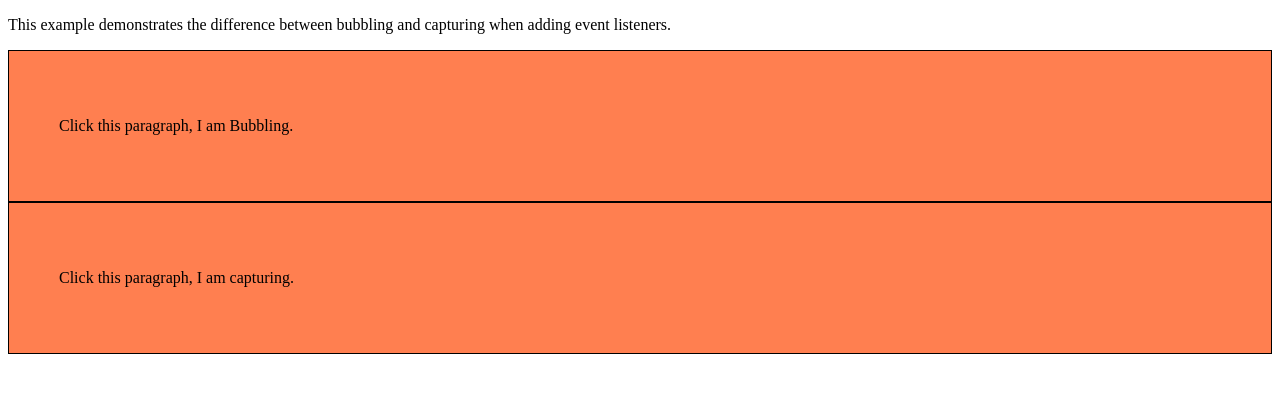
Repository: neem693/workspace
Page: studyhtml5/WebContent/ch05/practice_dom/practice_49.html
The author's editor kept a copy of each file at every save. The page is drawn from the files as they stood at one save, then again after the next save.
The browser window is 1280 px wide. The pictures show the whole page.

Above is the page before, as saved 2018-03-19 08:39:59.

After the next save:
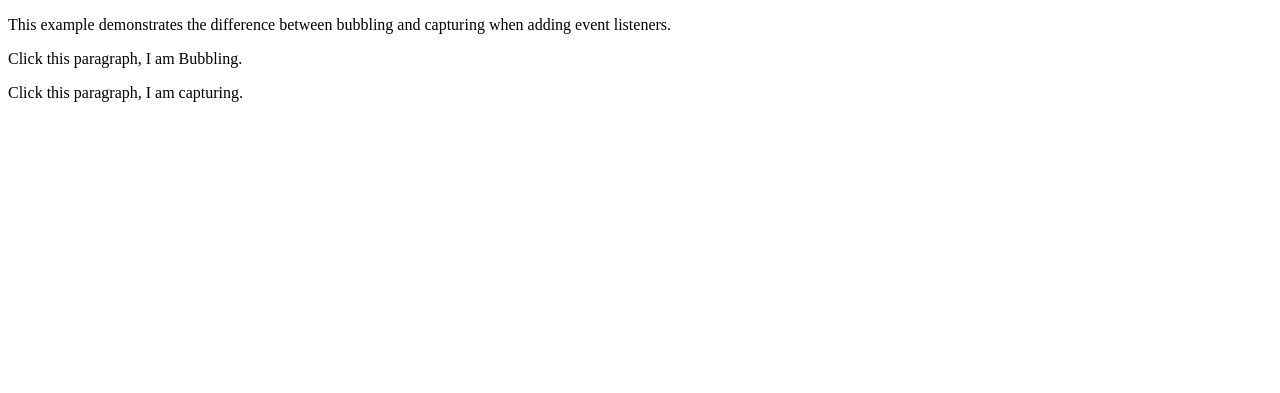
Saved 9 min 46 s later.
--- a/studyhtml5/WebContent/ch05/practice_dom/practice_49.html
+++ b/studyhtml5/WebContent/ch05/practice_dom/practice_49.html
@@ -7,10 +7,7 @@
 <title>Insert title here</title>
 
 <style>
-div {
-	background-color: coral;
-	border: 1px solid;
-	padding: 50px;
+#myDIV{
 }
 </style>
 
